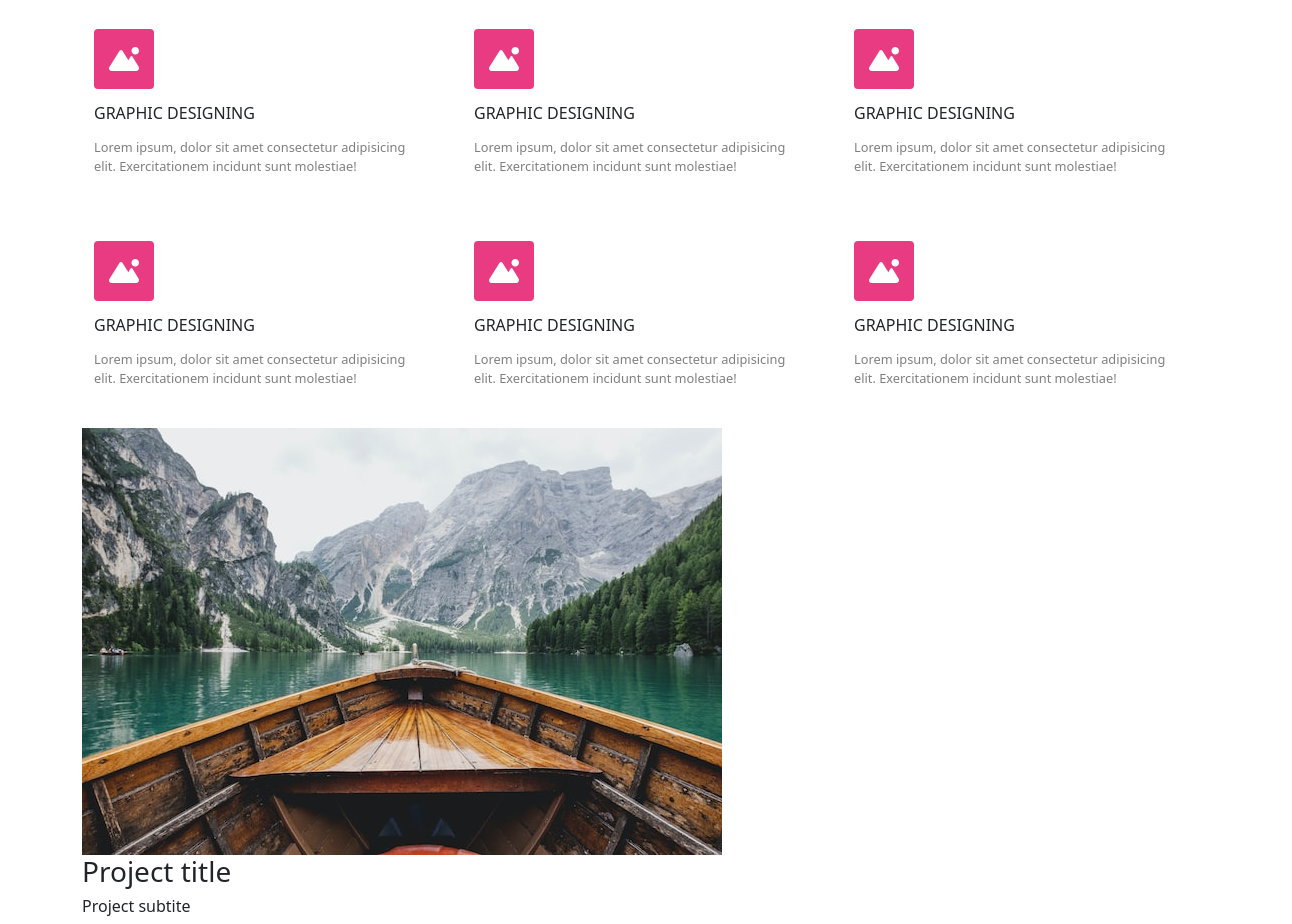
Repository: lhggiang/CaseStudy
Page: index.html
The author's editor kept a copy of each file at every save. The page is drawn from the files as they stood at one save, then again after the next save.
The browser window is 1280 px wide. The page is 1280 px wide, then 1292 px, so the pictures cover 1292 px, including what lies to the right of the window. The pictures show the part of the page from y = 969 to 1893 px (the page is 1893 px tall).
Backgrounds fixed to the window are drawn as part of the page. Some web libraries are served in a nearby version. The style sheet was rebuilt from its Sass, Less or Tailwind sources for each picture, by a compiler version that may differ from the author's.

Above is the page before, as saved 2023-02-22 15:21:25.

### index.html
<!DOCTYPE html>
<html lang="en">

<head>
    <meta charset="UTF-8">
    <meta http-equiv="X-UA-Compatible" content="IE=edge">
    <meta name="viewport" content="width=device-width, initial-scale=1.0">
    <title>Document</title>
    <link rel="stylesheet" href="./style.css">
    <!-- git remote add origin https://github.com/lhggiang/CaseStudy.git -->
    <link href="https://cdn.jsdelivr.net/npm/bootstrap@5.3.0-alpha1/dist/css/bootstrap.min.css" rel="stylesheet"
        integrity="sha384-GLhlTQ8iRABdZLl6O3oVMWSktQOp6b7In1Zl3/Jr59b6EGGoI1aFkw7cmDA6j6gD" crossorigin="anonymous">
    <link rel="stylesheet" href="https://cdnjs.cloudflare.com/ajax/libs/font-awesome/6.3.0/css/all.min.css">
    <link rel="stylesheet" href="./assets/css/style.css">
</head>

<body>
    <!-- Navbar -->
    <nav class="navbar navbar-expand-lg bg-white">
        <div class="container">
            <a class="navbar-brand" href="#">HG.Travel</a>
            <button class="navbar-toggler" type="button" data-bs-toggle="collapse" data-bs-target="#navbarNav"
                aria-controls="navbarNav" aria-expanded="false" aria-label="Toggle navigation">
                <span class="navbar-toggler-icon"></span>
            </button>
            <div class="collapse navbar-collapse" id="navbarNav">
                <ul class="navbar-nav ms-auto">
                    <li class="nav-item">
                        <a class="nav-link active" aria-current="page" href="#">HOME</a>
                    </li>
                    <li class="nav-item">
                        <a class="nav-link" href="#">SERVICES</a>
                    </li>
                    <li class="nav-item">
                        <a class="nav-link" href="#">PORTFOLIO</a>
                    </li>
                    <li class="nav-item">
                        <a class="nav-link" href="#">FEATURES</a>
                    </li>
                    <li class="nav-item">
                        <a class="nav-link" href="#">TEAM</a>
                    </li>
                    <li class="nav-item">
                        <a class="nav-link" href="#">TESTIMONIALS</a>
                    </li>
                    <li class="nav-item">
                        <a class="nav-link" href="#">CONTACT</a>
                    </li>
                </ul>
            </div>
        </div>
    </nav>
    <!-- Hero -->
    <div class="hero">
        <div class="container text-center">
            <div class="row justify-content-center">
                <div class="col-md-10">
                    <h1 class="text-white display-3">WE ARE CREATIVE AGENCY, CREATIVE PEOPLE</h1>
                    <p class="text-white">Lorem ipsum dolor sit amet consectetur, adipisicing elit. Expedita, soluta
                        fugit
                        voluptatibus veritatis voluptas dolores eligendi ducimus enim blanditiis cupiditate.</p>
                    <a href="#" class="btn btn-danger">Contact</a>
                </div>
            </div>
        </div>
    </div>
    <!-- Services -->
    <div class="services">
        <div class="container">
            <div class="row">
                <div class="col-12 services__intro">
                    <h1>Our Services</h1>
                    <div class="services__line"></div>
                </div>
            </div>
            <div class="row services__components">
                <div class="col-lg-4 col-sm-6 p-4">
                    <div class="services__icon">
                        <i class="fa-solid fa-mountain-sun"></i>
                    </div>
                    <h4 class="services__title">GRAPHIC DESIGNING</h4>
                    <p class="services__content">Lorem ipsum, dolor sit amet consectetur adipisicing elit.
                        Exercitationem incidunt sunt molestiae!
                    </p>
                </div>
                <div class="col-lg-4 col-sm-6 p-4">
                    <div class="services__icon">
                        <i class="fa-solid fa-mountain-sun"></i>
                    </div>
                    <h4 class="services__title">GRAPHIC DESIGNING</h4>
                    <p class="services__content">Lorem ipsum, dolor sit amet consectetur adipisicing elit.
                        Exercitationem incidunt sunt molestiae!
                    </p>
                </div>
                <div class="col-lg-4 col-sm-6 p-4">
                    <div class="services__icon">
                        <i class="fa-solid fa-mountain-sun"></i>
                    </div>
                    <h4 class="services__title">GRAPHIC DESIGNING</h4>
                    <p class="services__content">Lorem ipsum, dolor sit amet consectetur adipisicing elit.
                        Exercitationem incidunt sunt molestiae!
                    </p>
                </div>
                <div class="col-lg-4 col-sm-6 p-4">
                    <div class="services__icon">
                        <i class="fa-solid fa-mountain-sun"></i>
                    </div>
                    <h4 class="services__title">GRAPHIC DESIGNING</h4>
                    <p class="services__content">Lorem ipsum, dolor sit amet consectetur adipisicing elit.
                        Exercitationem incidunt sunt molestiae!
                    </p>
                </div>
                <div class="col-lg-4 col-sm-6 p-4">
                    <div class="services__icon">
                        <i class="fa-solid fa-mountain-sun"></i>
                    </div>
                    <h4 class="services__title">GRAPHIC DESIGNING</h4>
                    <p class="services__content">Lorem ipsum, dolor sit amet consectetur adipisicing elit.
                        Exercitationem incidunt sunt molestiae!
                    </p>
                </div>
                <div class="col-lg-4 col-sm-6 p-4">
                    <div class="services__icon">
                        <i class="fa-solid fa-mountain-sun"></i>
                    </div>
                    <h4 class="services__title">GRAPHIC DESIGNING</h4>
                    <p class="services__content">Lorem ipsum, dolor sit amet consectetur adipisicing elit.
                        Exercitationem incidunt sunt molestiae!
                    </p>
                </div>
            </div>
        </div>
    </div>
    <!-- Portfolio -->
    <div class="container">
        <div class="portfolio row">
            <div class="col-lg-4 col-sm-6">
                <div class="portfolio-item">
                    <img src="img/p1.jpg" alt="">
                    <div class="portfolio-overlay">
                        <div>
                            <h3>Project title</h3>
                            <h6>Project subtite</h6>
                        </div>
                    </div>
                </div>
            </div>
        </div>
</body>
<script src="https://cdn.jsdelivr.net/npm/bootstrap@5.3.0-alpha1/dist/js/bootstrap.bundle.min.js"
    integrity="sha384-w76AqPfDkMBDXo30jS1Sgez6pr3x5MlQ1ZAGC+nuZB+EYdgRZgiwxhTBTkF7CXvN"
    crossorigin="anonymous"></script>

</html>

### style.scss
* {
  box-sizing: border-box;
}

body {
  font-size: 62.5%;
}

$font-size: 0.9rem;
$color-pink: #e93b81;
$font-weight: 500;

// Navbar
.navbar {
  border-bottom: 2px solid rgba(0, 0, 0, 0.1);
  .navbar-brand {
    font-weight: $font-weight;
    color: #11245a;
  }
  .nav-link {
    font-size: $font-size;
    font-weight: $font-weight;
    letter-spacing: 0.05rem;
    &.active {
      color: $color-pink;
    }
  }
}

//Hero
.hero {
  background-image: linear-gradient(
      to right,
      rgb(67, 67, 67, 0.8) 0%,
      rgb(0, 0, 0, 0.8) 100%
    ),
    url("https://images.unsplash.com/photo-1539635278303-d4002c07eae3?ixlib=rb-4.0.3&ixid=MnwxMjA3fDB8MHxwaG90by1wYWdlfHx8fGVufDB8fHx8&auto=format&fit=crop&w=1170&q=80");
  min-height: 100vh;
  background-size: cover;
  background-position: center;
  background-attachment: fixed;
  display: flex;
  align-items: center;

  h1 {
    font-weight: $font-weight;
  }

  p {
    font-size: $font-size;
    max-width: 30rem;
    margin: 20px auto;
  }

  .btn {
    font-weight: $font-weight;
    font-size: $font-size;
    padding: 8px 22px;
    border-radius: 0;
  }
}

//Services
.services {
  &__intro {
    text-align: center;
    margin-top: 80px;
    h1 {
      color: #11245a;
      text-transform: uppercase;
      font-weight: 600;
      letter-spacing: 3px;
    }
    .services__line {
      width: 120px;
      height: 2px;
      background-color: rgba(0, 0, 0, 0.1);
      margin: 16px auto 0 auto;
    }
  }
  &__icon {
    width: 60px;
    height: 60px;
    background-color: $color-pink;
    color: #fff;
    border-radius: 4px;
    display: flex;
    align-items: center;
    justify-content: center;
    font-size: 1.5rem;
    flex: none;
  }
  &__title {
    font-size: 1rem;
    margin: 15px 0;
  }
  &__content {
    font-size: 0.8rem;
    color: rgba(0, 0, 0, 0.5);
  }
  &__components {
    margin-top: 50px;
  }
}

After the next save:
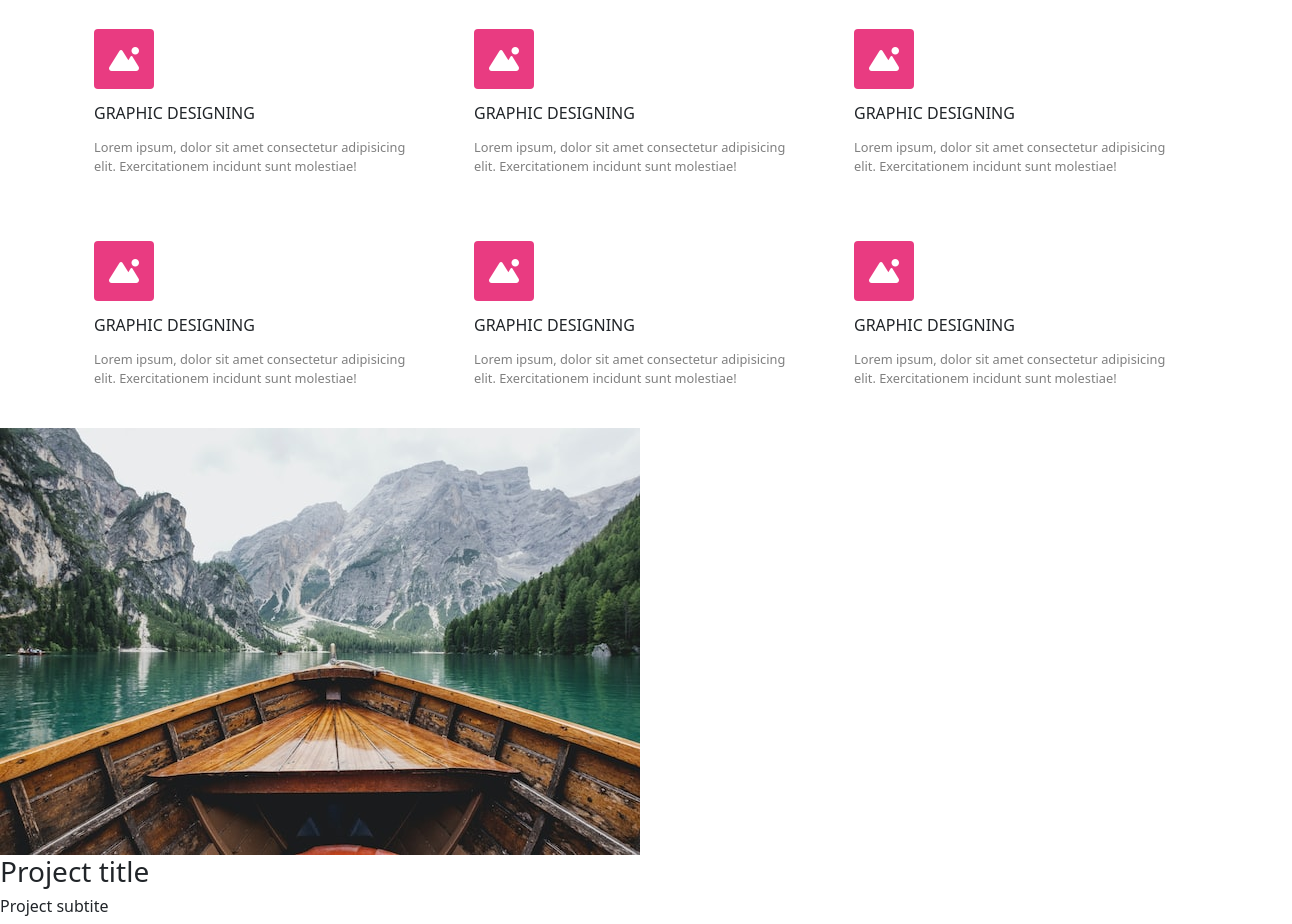
Saved 7 min 0 s later.
--- a/index.html
+++ b/index.html
@@ -132,20 +132,19 @@
         </div>
     </div>
     <!-- Portfolio -->
-    <div class="container">
-        <div class="portfolio row">
-            <div class="col-lg-4 col-sm-6">
-                <div class="portfolio-item">
-                    <img src="img/p1.jpg" alt="">
-                    <div class="portfolio-overlay">
-                        <div>
-                            <h3>Project title</h3>
-                            <h6>Project subtite</h6>
-                        </div>
+    <div class="portfolio row">
+        <div class="col-lg-4 col-sm-6">
+            <div class="portfolio-item">
+                <img src="img/p1.jpg" alt="">
+                <div class="portfolio-overlay">
+                    <div>
+                        <h3>Project title</h3>
+                        <h6>Project subtite</h6>
                     </div>
                 </div>
             </div>
         </div>
+    </div>
 </body>
 <script src="https://cdn.jsdelivr.net/npm/bootstrap@5.3.0-alpha1/dist/js/bootstrap.bundle.min.js"
     integrity="sha384-w76AqPfDkMBDXo30jS1Sgez6pr3x5MlQ1ZAGC+nuZB+EYdgRZgiwxhTBTkF7CXvN"
